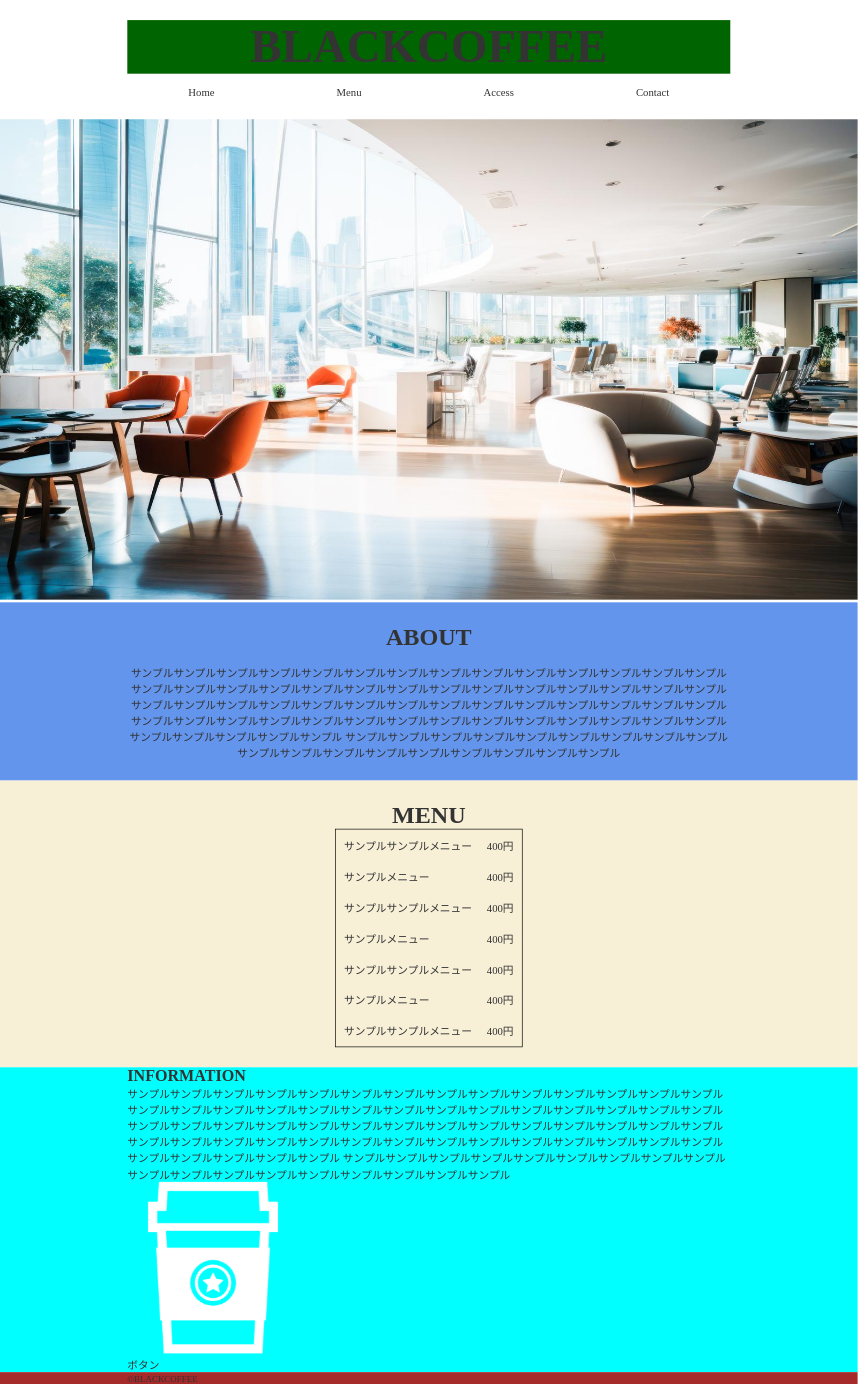
Repository: elle821208/Ayakomi-Cafe
Page: index.html
These files come from the project's save history. The page is drawn as it stood at one moment and after a run of saves; the edit follows.
The browser window is 1280 px wide. The pictures show the whole page, at 67% of full size.

Above is the page before, as saved 2025-03-19 12:43:18.

After the next 2 saves:
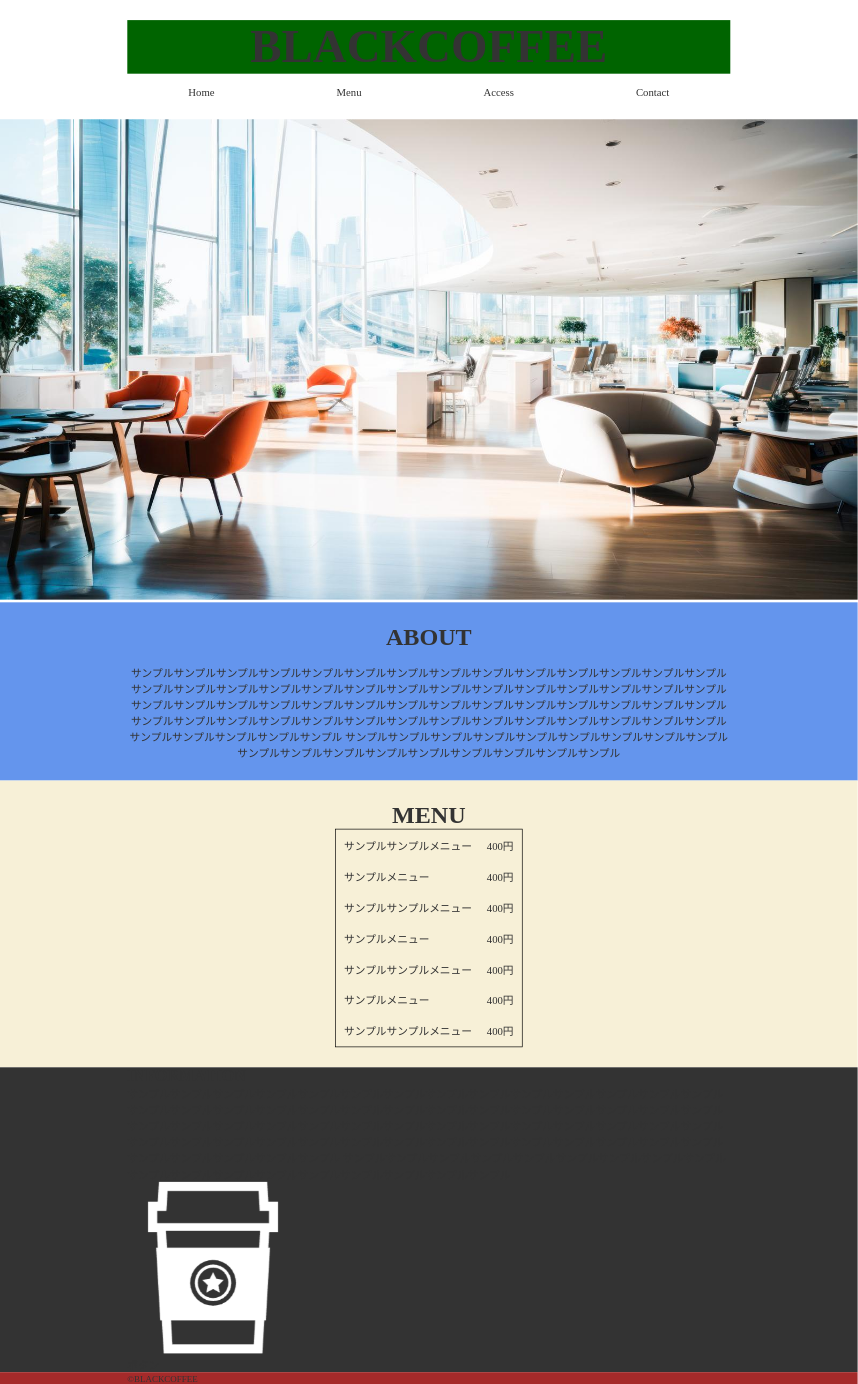
The 2 saves are shown as one change because they came seconds apart.
The last was saved 55 s later.
--- a/index.html
+++ b/index.html
@@ -91,7 +91,7 @@
 
         </main>
 
-        <aside style="background-color: aqua;">
+        <aside>
             <div class="container">
                 <h2>INFORMATION</h2>
                 <p>サンプルサンプルサンプルサンプルサンプルサンプルサンプルサンプルサンプルサンプルサンプルサンプルサンプルサンプルサンプルサンプルサンプルサンプルサンプルサンプルサンプルサンプルサンプルサンプルサンプルサンプルサンプルサンプルサンプルサンプルサンプルサンプルサンプルサンプルサンプルサンプルサンプルサンプルサンプルサンプルサンプルサンプルサンプルサンプルサンプルサンプルサンプルサンプルサンプルサンプルサンプルサンプルサンプルサンプルサンプルサンプルサンプルサンプルサンプルサンプルサンプル
